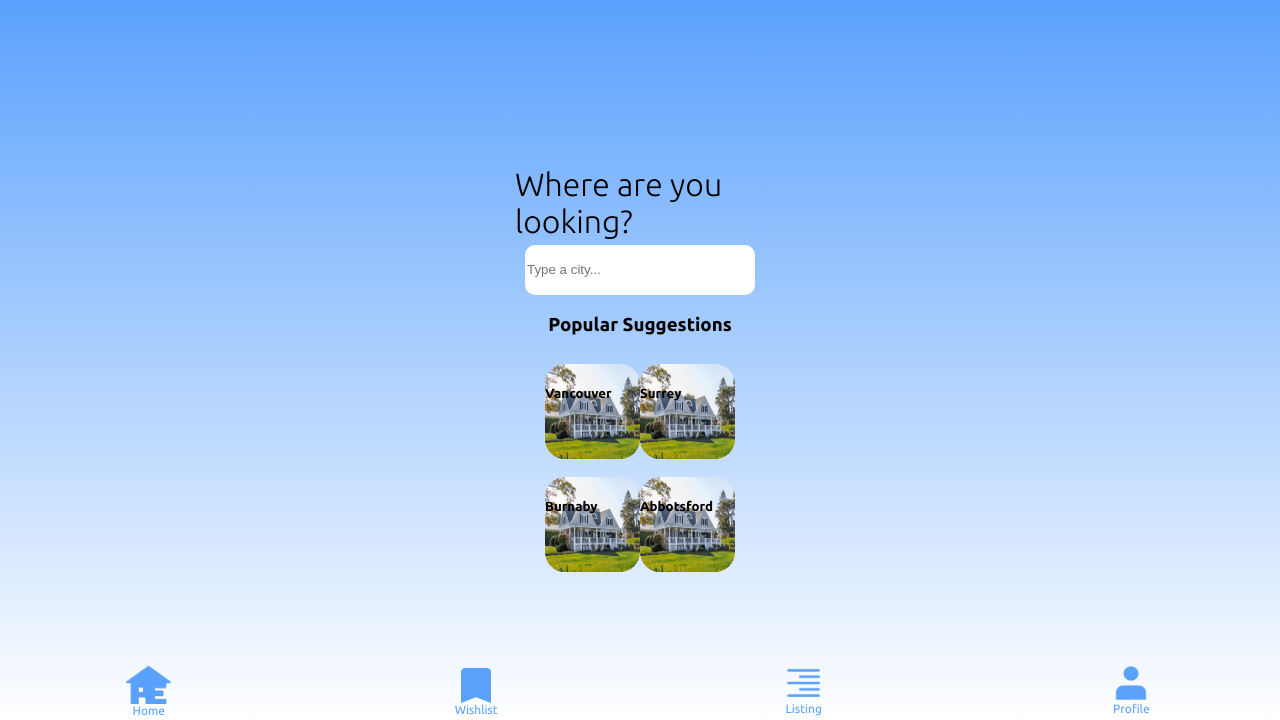
Repository: msyukurrr/realeasy
Page: /listing
The author's editor kept a copy of each file at every save. The page is drawn from the files as they stood at one save, then again after a run of saves.
The browser window is 1280 px wide. The pictures show the whole page.
The project was rebuilt for these pictures with package versions that can differ from the ones it lists, and the page was loaded fresh each time. The framework's server and built-in components were replaced by stand-ins that run in the browser. Also part of the build but not shown: next.config.js, components/Button.js, pages/api/realEstate.js.

Above is the page before, as saved 2023-02-03 18:17:48.

### pages/listing.js
import Heading from "../components/Heading";
import NavBar from "../components/NavBar";
import styles from "../styles/Home.module.css"
import MainButton from "../components/Button.js";
import styled from "styled-components";
import RealEstate from "./api/realEstate";



export default function Listing({

}){
    return(
        <><div className={styles.listing}>

        <Heading headingtxt="Where are you looking?"/>

        <input placeholder="Type a city..." style={{width:230, height:50, borderRadius:10, backgroundColor:"white", border:'transparent'}}></input>

        <h3>Popular Suggestions</h3>

    <div>

        <div style={{display:'flex', flexDirection:'row', paddingTop:10, paddingBottom:15}}>
            <div>
                <h5 style={{display:'flex', position:'absolute'}}>Vancouver</h5>
                <img src="house.png" style={{width:95, height:95, borderRadius:20}}/>
            </div>

            <div>
                <h5 style={{display:'flex', position:'absolute'}}>Surrey</h5>
                <img src="house.png" style={{width:95, height:95, borderRadius:20}}/>

            </div>
        </div>

        <div style={{display:'flex', flexDirection:'row'}}>
            <div>
                <h5 style={{display:'flex', position:'absolute'}}>Burnaby</h5>
                <img src="house.png" style={{width:95, height:95, borderRadius:20}}/>

            </div>

            <div>
                <h5 style={{display:'flex', position:'absolute'}}>Abbotsford</h5>
                <img src="house.png" style={{width:95, height:95, borderRadius:20}}/>

            </div>
        </div>

    </div>






        </div>
        <NavBar></NavBar>

        </>
    )
}

### styles/globals.css
@import url('https://fonts.googleapis.com/css2?family=Ubuntu:ital,wght@0,300;0,400;0,500;0,700;1,300;1,400;1,500;1,700&display=swap');

html,
body {
  padding: 0;
  margin: 0;
  font-family: "Ubuntu", sans-serif;
  background-color: #E6EEF8;
}

a {
  color: inherit;
  text-decoration: none;
}

* {
  box-sizing: border-box;
}

@media (prefers-color-scheme: dark) {
  html {
    color-scheme: dark;
  }
  body {
    color: white;
    background: E6EEF8;
  }
}

### components/Heading.js
import styled from "styled-components";

const Container = styled.div`
display: flex;
margin-left: 50px;
width: 300px;
height: 100px;

`

const Word = styled.h1`

color: ${props=>props.color};
font-weight: ${props=>props.fontweight};
`

export default function Heading({
    h1="Recommended by people around you",
    fw="300",
    color="#5AA1FD",
    headingtxt="Recommended by people around you"
}){
    return<>
    <Container>
    <Word fontweight={fw}
    >{headingtxt}</Word>
    </Container>
    </>
}

### components/NavBar.js
import styled from "styled-components";
import Link from "next/link";

const NavBarCont = styled.div`
position: fixed;
bottom: 0;
width: 100%;
`
const NavCont = styled.nav`
display: flex;
justify-content: space-around;
width: 100%;
background-color: transparent;
height: 60px;
`
const HomeCont = styled.div`
width: 50px;
height: 50px;
display:flex;
flex-direction: column;
justify-content: center;
align-items: center;
margin-top: ${props=>props.margintop};
`
const WishlistCont = styled.div`
width: 50px;
height: 50px;
display:flex;
flex-direction: column;
justify-content: center;
align-items: center;
margin-left: 30px;
margin-top: ${props=>props.margintop};
margin-bottom: ${props=>props.marginbottom};
`
const ListingCont = styled.div`
width: 50px;

display:flex;
flex-direction: column;
justify-content: center;
align-items: center;
margin-left: 30px;
margin-top: ${props=>props.margintop};
`
const ProfileCont = styled.div`
display:flex;
margin-left: 30px;
margin-top: ${props=>props.margintop};
`

const Icon = styled.img`
display: flex;
justify-content: center;
height: ${props=>props.height};
width: ${props=>props.width};
display: flex;
`

const NavList = styled.span`
display: flex;
align-self: center;
color: #5AA1FD;
font-size: 12px;
`


export default function NavBar({
    mt="5px",
    mb=""
}){
    return <NavBarCont>
    <NavCont>
        <Link href="/">
            <HomeCont margintop="6px">
                <Icon src='./logo.png' height="45px" width="45px"/>
                <NavList>Home</NavList>
            </HomeCont>
        </Link>
        <Link href="/wishlist">
            <WishlistCont margintop="7px">
                <Icon src='./wishlist.png' height="35px" width="30px"></Icon>
                <NavList>Wishlist</NavList>
            </WishlistCont>
        </Link>
        <Link href="/listing">
            <ListingCont margintop="4px">
                <Icon src='./listing.png' height="38px" width="45px"></Icon>
                <NavList>Listing</NavList>
            </ListingCont>
        </Link>
        <Link href="/profile">
            <ListingCont margintop="4px">
                <Icon src='./user.png' height="38px" width="40px"></Icon>
                <NavList>Profile</NavList>
            </ListingCont>
        </Link>
    </NavCont>
    </NavBarCont>
}

### styles/Home.module.css
.container {
  padding: 0 2rem;
}

.main {
  min-height: 100vh;
  padding: 4rem 0;
  flex: 1;
  display: flex;
  flex-direction: column;
  justify-content: center;
  align-items: center;
}


.listing {
  min-height: 100vh;
  padding: 4rem 0;
  flex: 1;
  display: flex;
  flex-direction: column;
  justify-content: center;
  align-items: center;
  background-image: linear-gradient(#5AA1FD, white);
}

.footer {
  display: flex;
  flex: 1;
  padding: 2rem 0;
  border-top: 1px solid #eaeaea;
  justify-content: center;
  align-items: center;
}

.footer a {
  display: flex;
  justify-content: center;
  align-items: center;
  flex-grow: 1;
}

.title a {
  color: #0070f3;
  text-decoration: none;
}

.title a:hover,
.title a:focus,
.title a:active {
  text-decoration: underline;
}

.title {
  margin: 0;
  line-height: 1.15;
  font-size: 4rem;
}

.title,
.description {
  text-align: center;
}

.description {
  margin: 4rem 0;
  line-height: 1.5;
  font-size: 1.5rem;
}

.code {
  background: #fafafa;
  border-radius: 5px;
  padding: 0.75rem;
  font-size: 1.1rem;
  font-family: Menlo, Monaco, Lucida Console, Liberation Mono, DejaVu Sans Mono,
    Bitstream Vera Sans Mono, Courier New, monospace;
}

.grid {
  display: flex;
  align-items: center;
  justify-content: center;
  flex-wrap: wrap;
  max-width: 800px;
}

.card {
  margin: 1rem;
  padding: 1.5rem;
  text-align: left;
  color: inherit;
  text-decoration: none;
  border: 1px solid #eaeaea;
  border-radius: 10px;
  transition: color 0.15s ease, border-color 0.15s ease;
  max-width: 300px;
}

.card:hover,
.card:focus,
.card:active {
  color: #0070f3;
  border-color: #0070f3;
}

.card h2 {
  margin: 0 0 1rem 0;
  font-size: 1.5rem;
}

.card p {
  margin: 0;
  font-size: 1.25rem;
  line-height: 1.5;
}

.logo {
  height: 1em;
  margin-left: 0.5rem;
}

@media (max-width: 600px) {
  .grid {
    width: 100%;
    flex-direction: column;
  }
}

@media (prefers-color-scheme: dark) {
  .card,
  .footer {
    border-color: #222;
  }
  .code {
    background: #111;
  }
  .logo img {
    filter: invert(1);
  }
}

Loaded but not shown: pages/_app.js (common file)

After the next 2 saves:
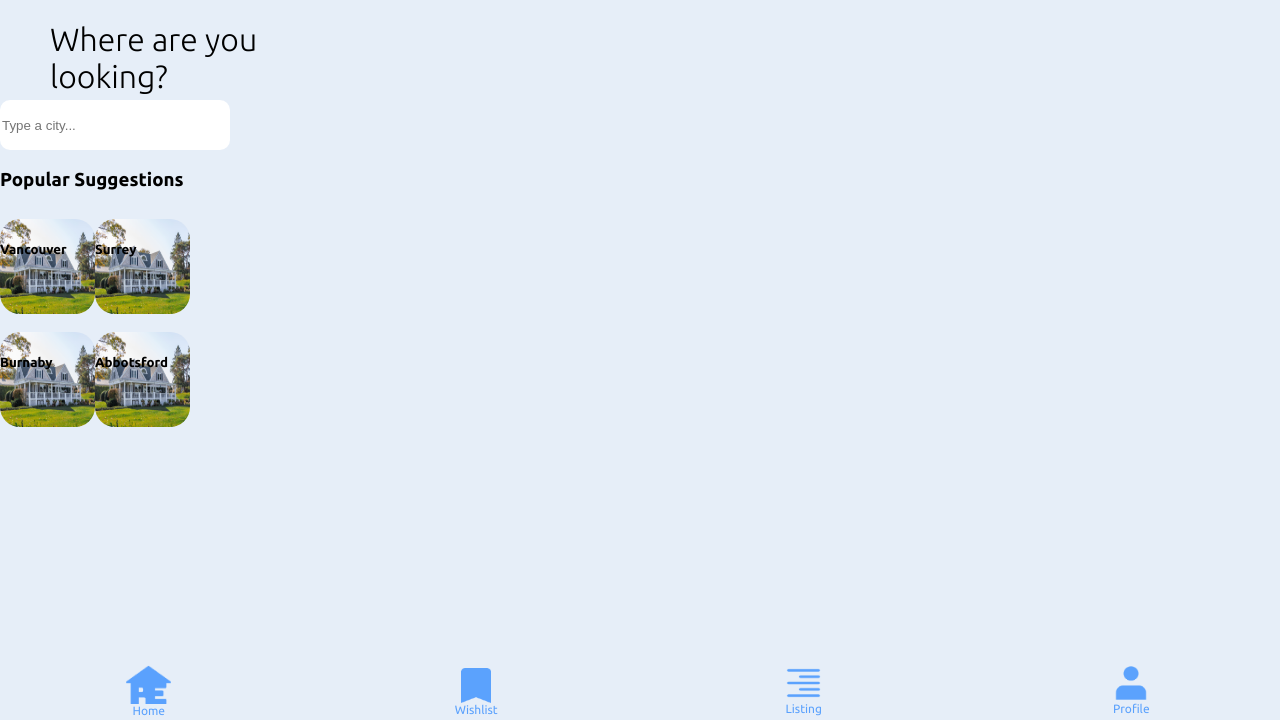
The 2 saves are shown as one change because 1 did not build or start.
The last was saved 85 s later.
--- a/pages/listing.js
+++ b/pages/listing.js
@@ -1,6 +1,6 @@
 import Heading from "../components/Heading";
 import NavBar from "../components/NavBar";
-import styles from "../styles/Home.module.css"
+
 import MainButton from "../components/Button.js";
 import styled from "styled-components";
 import RealEstate from "./api/realEstate";
@@ -11,7 +11,7 @@
 
 }){
     return(
-        <><div className={styles.listing}>
+        <><div className="listing">
 
         <Heading headingtxt="Where are you looking?"/>
 

After the 3 saves that followed:
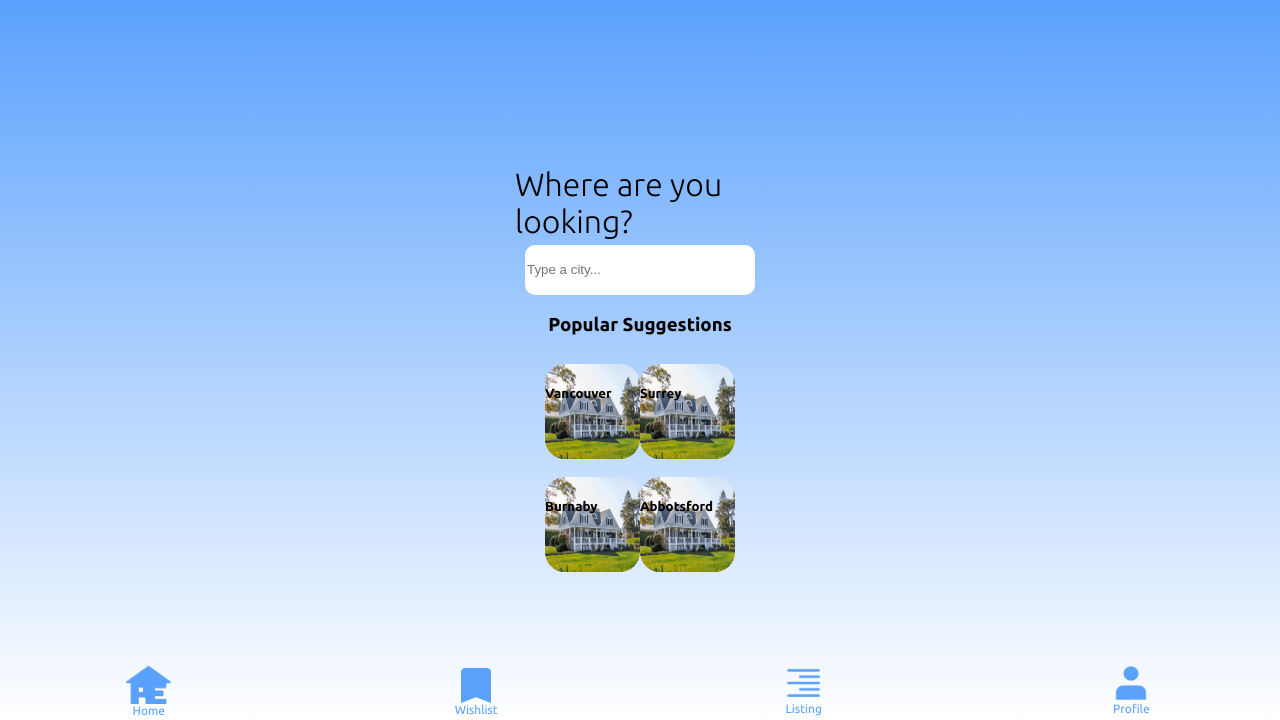
The 3 saves are shown as one change because 1 did not build or start and 1 left the picture as it was.
The last was saved 28 s later.
--- a/pages/listing.js
+++ b/pages/listing.js
@@ -1,6 +1,6 @@
 import Heading from "../components/Heading";
 import NavBar from "../components/NavBar";
-
+import styles from "../styles/Home.module.css"
 import MainButton from "../components/Button.js";
 import styled from "styled-components";
 import RealEstate from "./api/realEstate";
@@ -11,7 +11,7 @@
 
 }){
     return(
-        <><div className="listing">
+        <><div className={styles.listing}>
 
         <Heading headingtxt="Where are you looking?"/>
 
